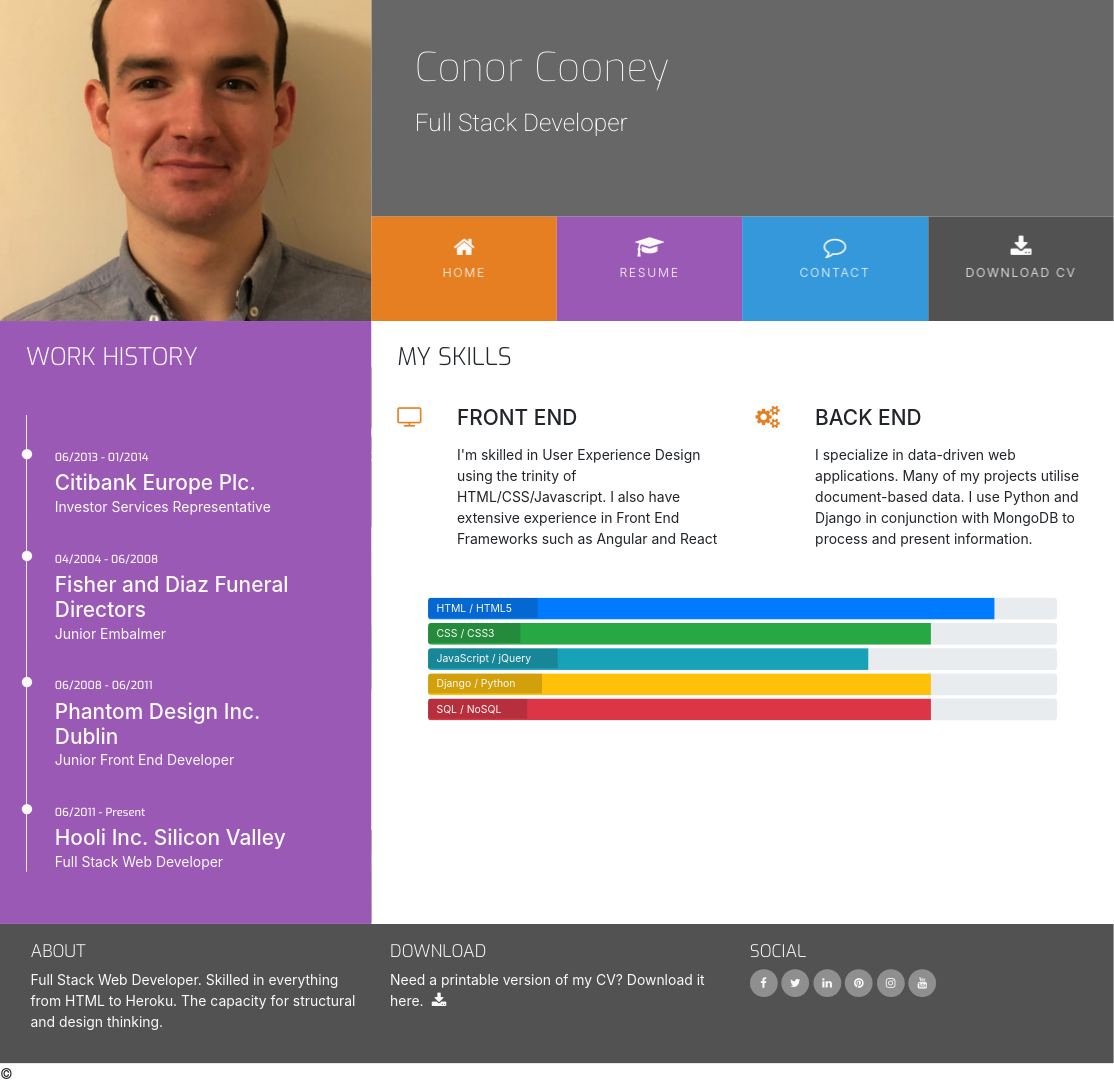
Repository: ConorTC1990/CONORCOONEY
Page: resume.html
The author's editor kept a record of every edit. The page is drawn from the files as they stood at one moment, then again after the next edit.
The browser window is 1280 px wide. The pictures show the whole page, at 87% of full size.
Some web libraries are served in a nearby version.

Above is the page before.

### resume.html
<!DOCTYPE html>
<html lang="en">
<head>
    <meta charset="UTF-8">
    <meta name="viewport" content="width=device-width, initial-scale=1.0">
    <meta http-equiv="X-UA-Compatible" content="ie=edge">
    <link rel="stylesheet" href="https://maxcdn.bootstrapcdn.com/bootstrap/4.2.1/css/bootstrap.min.css" type="text/css" />
    <link rel="stylesheet" href="https://maxcdn.bootstrapcdn.com/font-awesome/4.7.0/css/font-awesome.min.css" type="text/css" />
    <link rel="stylesheet" href="https://cdnjs.cloudflare.com/ajax/libs/hover.css/2.1.1/css/hover-min.css" type="text/css" />
    <link rel="stylesheet" href="assets/css/style.css">
    <title>Rosie</title>
</head>
<body>
    <header>
        <div class="row no-gutters">
            <a class="col-md-4 logo" href="02-index.html"></a>
            <div class="col-md-8">
                <div class="row no-gutters bg-color-name-title">
                    <div class="col heading">
                        <h1 class="name">Conor Cooney</h1>
                        <h2 class="title"> Full Stack Developer</h2>
                    </div>
                </div>
                <div class="row no-gutters">
                    <div class="col">
                        <ul id="nav" class="list-inline menucontainer">
                            <li class="col-6 col-sm-3 list-inline-item ui-menu-color-home menuitem">
                                <a href="index.html" class="hvr-sweep-to-bottom"><i class="fa fa-home" aria-hidden="true"></i><span>Home</span></a>
                            </li>
                            <li class="col-6 col-sm-3 list-inline-item ui-menu-color-resume menuitem">
                                <a href="resume.html" class="hvr-sweep-to-bottom"><i class="fa fa-graduation-cap" aria-hidden="true"></i><span>Resume</span></a>
                            </li>
                            <li class="col-6 col-sm-3 list-inline-item ui-menu-color-contact menuitem">
                                <a href="contact.html" class="hvr-sweep-to-bottom"><i class="fa fa-comment-o" aria-hidden="true"></i><span>Contact</span></a>
                            </li>
                            <li class="col-6 col-sm-3 list-inline-item ui-menu-color-download menuitem">
                                <a href="assets/CV/CV_May_2019.pdf" target="_blank" class="hvr-sweep-to-bottom"><i class="fa fa-download" aria-hidden="true"></i><span>Download CV</span></a>
                            </li>
                        </ul>
                    </div>
                </div>
            </div>
        </div>
    </header>
    <section class="container-fluid">
        <div class="row">
            <div class="col-md-4 bg-color-work-history section-column">
                <div class="row">
                    <div class="col-12">
                        <h3 class="history-heading uppercase">
                            Work History
                        </h3>
                    </div>
                </div>
                <div class="history-items">
                    <div class="timeline-item" data-dates="06/2013 - 01/2014">
                        <h4>Citibank Europe Plc.</h4>
                        <p>Investor Services Representative</p>
                    </div>
                    <div class="timeline-item" data-dates="04/2004 - 06/2008">
                        <h4>Fisher and Diaz Funeral Directors</h4>
                        <p>Junior Embalmer</p>
                    </div>
                    <div class="timeline-item" data-dates="06/2008 - 06/2011">
                        <h4>Phantom Design Inc. Dublin</h4>
                        <p>Junior Front End Developer</p>
                    </div>
                    <div class="timeline-item" data-dates="06/2011 - Present">
                        <h4>Hooli Inc. Silicon Valley</h4>
                        <p>Full Stack Web Developer</p>
                    </div>
                </div>
            </div>
            <div class="col-md-8 bg-color-three-reasons section-column">
                <div class="row">
                    <div class="col">
                        <h3 class="section-heading uppercase">My Skills</h3>
                    </div>
                </div>
                <div class="row">
                    <div class="col-10 offset-1 offset-sm-0 col-sm-4 col-md-6">
                        <div class="row">
                            <div class="col-2">
                                <i class="three-reasons-icon fa fa-tv" aria-hidden="true"></i>
                            </div>
                            <div class="col-10">
                                <h4 class="three-reasons-heading uppercase">Front End</h4>
                                <p>
                                    I'm skilled in User Experience Design using the trinity of HTML/CSS/Javascript. I also have extensive experience in Front End Frameworks such as Angular and React
                                </p>
                            </div>
                        </div>
                    </div>
                    <div class="col-10 offset-1 offset-sm-0 col-sm-4 col-md-6">
                        <div class="row">
                            <div class="col-2">
                                <i class="three-reasons-icon fa fa-gears" aria-hidden="true"></i>
                            </div>
                            <div class="col-10">
                                <h4 class="three-reasons-heading uppercase">Back End</h4>
                                <p>
                                    I specialize in data-driven web applications. Many of my projects utilise document-based data. I use Python and Django in conjunction with MongoDB to process and present information.
                                </p>
                            </div>
                        </div>
                    </div>
                </div>
                <div class="row progress-section">
                    <div class="col">
                        <div class="progress">
                            <div class="progress-bar" role="progressbar" aria-valuenow="90" aria-valuemin="0" aria-valuemax="100" style="width:90%;">
                                <span class="sr-only">90% complete</span>
                            </div>
                            <span class="progress-type">HTML / HTML5</span>
                        </div>
                        <div class="progress">
                            <div class="progress-bar bg-success" role="progressbar" aria-valuenow="80" aria-valuemin="0" aria-valuemax="100" style="width:80%;">
                                <span class="sr-only">80% complete</span>
                            </div>
                            <span class="progress-type">CSS / CSS3</span>
                        </div>
                        <div class="progress">
                            <div class="progress-bar bg-info" role="progressbar" aria-valuenow="70" aria-valuemin="0" aria-valuemax="100" style="width:70%;">
                                <span class="sr-only">70% complete</span>
                            </div>
                            <span class="progress-type">JavaScript / jQuery</span>
                        </div>
                        <div class="progress">
                            <div class="progress-bar bg-warning" role="progressbar" aria-valuenow="80" aria-valuemin="0" aria-valuemax="100" style="width:80%;">
                                <span class="sr-only">80% complete</span>
                            </div>
                            <span class="progress-type">Django / Python</span>
                        </div>
                        <div class="progress">
                            <div class="progress-bar bg-danger" role="progressbar" aria-valuenow="80" aria-valuemin="0" aria-valuemax="100" style="width:80%;">
                                <span class="sr-only">80% complete</span>
                            </div>
                            <span class="progress-type">SQL / NoSQL</span>
                        </div>
                    </div>
                </div>
            </div>
        </div>

    </section>
    <footer class="container-fluid">
        <div id="footer-details" class="row">
            <div class="col-sm-4">
                <h5 class="uppercase general-sub">About</h5>
                <p class="inline-block">
                    Full Stack Web Developer. Skilled in everything from HTML to Heroku. The capacity for structural and design thinking.
                </p>
            </div>
            <div class="col-sm-4">
                <h5 class="uppercase general-sub">Download</h5>
                <p class="inline-block">
                    Need a printable version of my CV? Download it here.
                    <a href="assets/CV/CV_May_2019.pdf" target="_blank" class="cv-pdf">
                        <i class="fa fa-download" aria-hidden="true"></i>
                        <span class="sr-only">Download link.</span>
                    </a>
                </p>
            </div>
            <div class="col-sm-4">
                <h5 class="uppercase general-sub">Social</h5>
                <ul class="list-inline social-links">
                    <li class="list-inline-item">
                        <a target="_blank" href="#">
                            <i class="fa fa-facebook" aria-hidden="true"></i>
                            <span class="sr-only">Facebook</span>
                        </a>
                    </li>
                    <li class="list-inline-item">
                        <a target="_blank" href="#">
                            <i class="fa fa-twitter" aria-hidden="true"></i>
                            <span class="sr-only">Twitter</span>
                        </a>
                    </li>
                    <li class="list-inline-item">
                        <a target="_blank" href="#">
                            <i class="fa fa-linkedin" aria-hidden="true"></i>
                            <span class="sr-only">LinkedIn</span>
                        </a>
                    </li>
                    <li class="list-inline-item">
                        <a target="_blank" href="#">
                            <i class="fa fa-pinterest" aria-hidden="true"></i>
                            <span class="sr-only">Pinterest</span>
                        </a>
                    </li>
                    <li class="list-inline-item">
                        <a target="_blank" href="#">
                            <i class="fa fa-instagram" aria-hidden="true"></i>
                            <span class="sr-only">Instagram</span>
                        </a>
                    </li>
                    <li class="list-inline-item">
                        <a target="_blank" href="#">
                            <i class="fa fa-youtube" aria-hidden="true"></i>
                            <span class="sr-only">YouTube</span>
                        </a>
                    </li>
                </ul>
            </div>
        </div>
    </footer>
</body>
</html>
©

### assets/css/style.css
@import url('https://fonts.googleapis.com/css?family=Roboto:100,200,300,400,500,600,700|Exo:100,200,300,400,500,600,700');

/*--------------------------------------------Colors*/

.bg-color-name-title {
    background-color: #676767;
}

.bg-color-three-reasons {
    background-color: #fff;
}

.bg-color-personal-info {
    background-color: #f4f4f4;
}

.bg-color-work-history {
    background-color: #9b59b6;
}

.bg-color-contact {
    background-color: #fff;
}

.ui-menu-color-home {
    background-color: #e67e22;
}

.ui-menu-color-resume {
    background-color: #9b59b6;
}

.ui-menu-color-contact {
    background-color: #3498db;
}

.ui-menu-color-download {
    background-color: #525252;
}

.row-table {
    display: table;
}

.section-column {
    display: table-cell;
    padding: 0 30px 30px;
    float: none;
}

.section-heading {
    font-family: "Exo", sans-serif;
    font-weight: 300;
    margin-top: 25px;
    margin-bottom: 40px;
}

/* ----------------------------------------Special paddings/margins/text */

h1,
h2,
h3,
h4 {
    margin: 0;
}

.uppercase {
    text-transform: uppercase;
}

.general-sub {
    font-family: "Exo", sans-serif;
    font-weight: 300;
    color: #fafafa;
}

.inline-block {
    display: inline-block;
}

.row-table {
    display: table;
}

.section-column {
    display: table-cell;
    padding: 0 30px 30px;
    float: none;
}

.history-heading,
.section-heading {
    font-family: "Exo", sans-serif;
    font-weight: 300;
    margin-top: 25px;
    margin-bottom: 40px;
}

/*--------------------------------------------Heading*/

header {
    margin: 0;
}

.heading {
    margin-left: 50px;
}

.logo {
    background: url("../images/IMG-0902.JPG");
    background-position: center;
    background-repeat: no-repeat;
    background-size: cover;
    min-height: 360px;
    transition: all .5s ease-in-out;
    -moz-transition: all .5s ease-in-out;
    -webkit-transition: all .5s ease-in-out;
}

.name {
    font-family: "Exo", sans-serif;
    font-weight: 100;
    font-size: 46px;
    margin-top: 50px;
    color: #fff;
}

.title {
    font-family: "Roboto", sans-serif;
    font-weight: 200;
    font-size: 28px;
    margin-top: 20px;
    margin-bottom: 90px;
    color: #fff;
}

.list-inline-item:not(:last-child) {
    margin: 0;
}

.menucontainer {
    font-size: 0;
}

#nav li {
    font-size: 14px;
    padding: 0;
}

#nav {
    margin: 0;
}

.menuitem {
    height: 120px;
    text-align: center;
    padding: 0;
}

.menuitem a {
    width: 100%;
    text-decoration: none;
    color: #fff;
    height: 120px;
}

.menuitem a i {
    padding-top: 22px;
    display: block;
    color: #fafafa;
    font-size: 26px;
}

.menuitem span {
    display: block;
    width: 100%;
    padding-top: 5px;
    text-align: center;
    text-transform: uppercase;
    font-size: 14px;
    font-weight: 300;
    letter-spacing: 2px;
}

/*--------------------------------------------Hover.css*/

.hvr-sweep-to-bottom:before {
    background: rgba(0, 0, 0, 0.2);
    height: 120px;
}

/* ----------------------------------------Footer */

footer {
    background-color: #525252;
    color: #fafafa;
    min-height: 120px;
    margin: 0;
}

.cv-pdf i {
    font-size: 18px;
    color: #fafafa;
    text-align: center;
    padding-left: 5px;
    transition: all 0.35s ease-in-out;
    -moz-transition: all 0.35s ease-in-out;
    -webkit-transition: all 0.35s ease-in-out;
    -o-transition: all 0.35s ease-in-out;
}

.cv-pdf i:hover {
    color: #e84610;
}

.social-links {
    padding-bottom: 15px;
}

.social-links li a i {
    width: 32px;
    height: 32px;
    padding: 12px 0;
    border-radius: 50%;
    font-size: 13px;
    line-height: 7px;
    text-align: center;
    color: #fafafa;
    background: #8f8f8f;
    transition: all 0.35s ease-in-out;
    -moz-transition: all 0.35s ease-in-out;
    -webkit-transition: all 0.35s ease-in-out;
    -o-transition: all 0.35s ease-in-out;
}

.social-links li a i:hover {
    background: #e84610;
}

#footer-details {
    padding: 20px;
}

/* ----------------------------------------Three Reasons */

.three-reasons-icon {
    font-size: 26px;
    color: #e67e22;
}

.three-reasons-heading {
    margin-bottom: 15px;
}

/* ----------------------------------------Personal Info */

.personal-info-item {
    margin-bottom: 20px;
    display: block;
    clear: both;
}

.personal-info-item .key,
.personal-info-item .value {
    padding-right: 8px;
    display: inline-block;
}

.personal-info-item .key p,
.personal-info-item .value p {
    margin: 0;
}

.personal-info-item .key {
    width: 30%;
    margin-right: 21px;
    padding-top: 2px;
    vertical-align: top;
}

.personal-info-item .key p {
    font-weight: 700;
}

.personal-info-item .value {
    position: relative;
    width: 60%;
}

/* ----------------------------------------Skills */

.progress {
    position: relative;
    height: 25px;
    margin-bottom: 4px;
}

.progress-type {
    position: absolute;
    left: 0px;
    font-weight: 400;
    padding: 3px 30px 2px 10px;
    color: #fafafa;
    background-color: rgba(25, 25, 25, 0.2);
}

.progress-section {
    margin: 40px 20px;
}

/* ----------------------------------------Work History */

.history-heading {
    color: #fafafa;
    margin-bottom: 50px;
}

.timeline-item {
    padding: 4em 2em 0em 2em;
    position: relative;
    color: #fafafa;
    border-left: 1px solid;
}

.timeline-item p {
    padding: 0;
    margin: 0;
}

.timeline-item:before {
    content: attr(data-dates);
    position: absolute;
    left: 2.5em;
    top: 3em;
    display: block;
    font-family: "Exo", sans-serif;
    font-weight: 500;
    font-size: 0.8em;
    padding: 0;
    margin: 0;
}

.timeline-item:after {
    width: 12px;
    height: 12px;
    display: block;
    top: 2.4em;
    position: absolute;
    left: -6px;
    border-radius: 12px;
    content: '';
    background: #fafafa;
}

.history-items {
    margin-bottom: 30px;
}

/* ----------------------------------------Contact Form */

.contact-heading {
    font-family: "Exo", sans-serif;
    font-weight: 300;
    margin-top: 25px;
    margin-bottom: 20px;
}

.center-form {
    padding-top: 10px;
    margin: 0 auto;
    max-width: 70%;
}

button[type="submit"] {
    margin-top: 15px;
    margin-bottom: 20px;
    color: #fafafa;
    background-color: #e84610;
}

/* ----------------------------------------Media Queries */

@media(min-width: 992px) {
    .center-form {
        padding-top: 30px;
        min-height: 240px;
        margin: 0 auto;
        max-width: 50%;
    }
}

After the next edit:
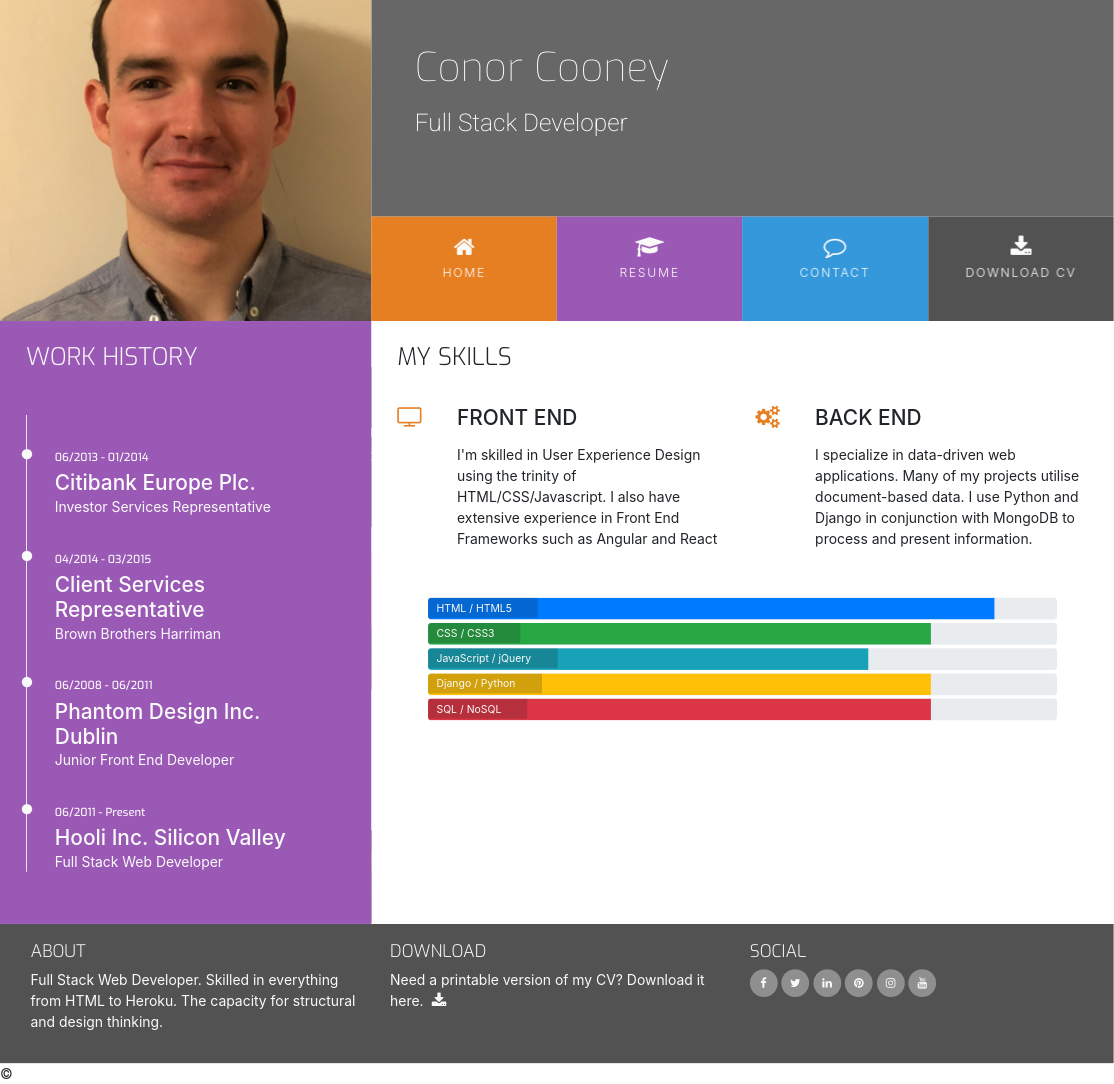
The edit:
--- a/resume.html
+++ b/resume.html
@@ -57,9 +57,9 @@
                         <h4>Citibank Europe Plc.</h4>
                         <p>Investor Services Representative</p>
                     </div>
-                    <div class="timeline-item" data-dates="04/2004 - 06/2008">
-                        <h4>Fisher and Diaz Funeral Directors</h4>
-                        <p>Junior Embalmer</p>
+                    <div class="timeline-item" data-dates="04/2014 - 03/2015">
+                        <h4>Client Services Representative</h4>
+                        <p>Brown Brothers Harriman</p>
                     </div>
                     <div class="timeline-item" data-dates="06/2008 - 06/2011">
                         <h4>Phantom Design Inc. Dublin</h4>
